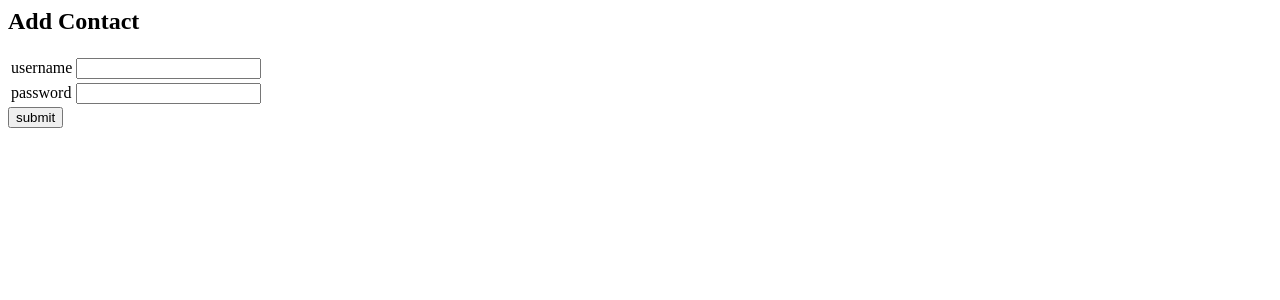
Repository: figo645/NewGenerationOA
Page: http://localhost/mavenweb/users/register.jsp
The author's editor kept a copy of each file at every save. The page is drawn from the files as they stood at one save, then again after the next save.
The browser window is 1280 px wide. The pictures show the whole page.
The page is served by Tomcat 9. Nobody is signed in. The application's start-up code is not run.

Above is the page before, as saved 2015-09-26 18:34:51.

After the next save:
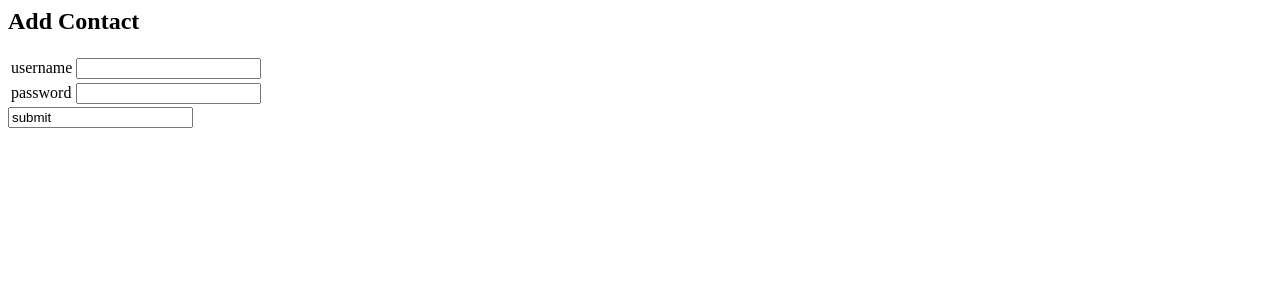
Saved 31 s later.
--- a/3.implementtation/prototype_ws/mavenweb/src/main/webapp/users/register.jsp
+++ b/3.implementtation/prototype_ws/mavenweb/src/main/webapp/users/register.jsp
@@ -1,3 +1,4 @@
+<%@ page contentType="text/html;charset=utf-8"%>
 <html>
 <body>
 	<h2>Add Contact</h2>
@@ -14,7 +15,7 @@
 			</tr>
 
 		</table>
-		<input type="submit" value="submit">
+		<input type="添加用户" value="submit">
 	</form>
 </body>
 </html>

After the save that followed:
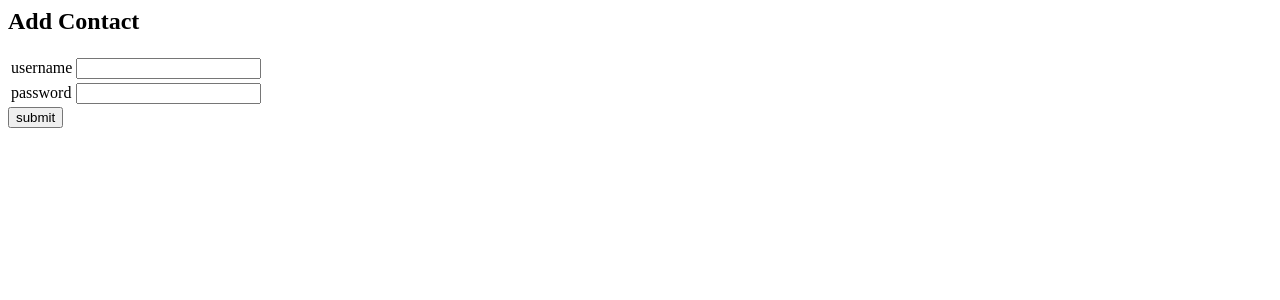
Saved 10 min 7 s later.
--- a/3.implementtation/prototype_ws/mavenweb/src/main/webapp/users/register.jsp
+++ b/3.implementtation/prototype_ws/mavenweb/src/main/webapp/users/register.jsp
@@ -15,7 +15,7 @@
 			</tr>
 
 		</table>
-		<input type="添加用户" value="submit">
+		<input type="submit" name="" value="submit">
 	</form>
 </body>
 </html>
